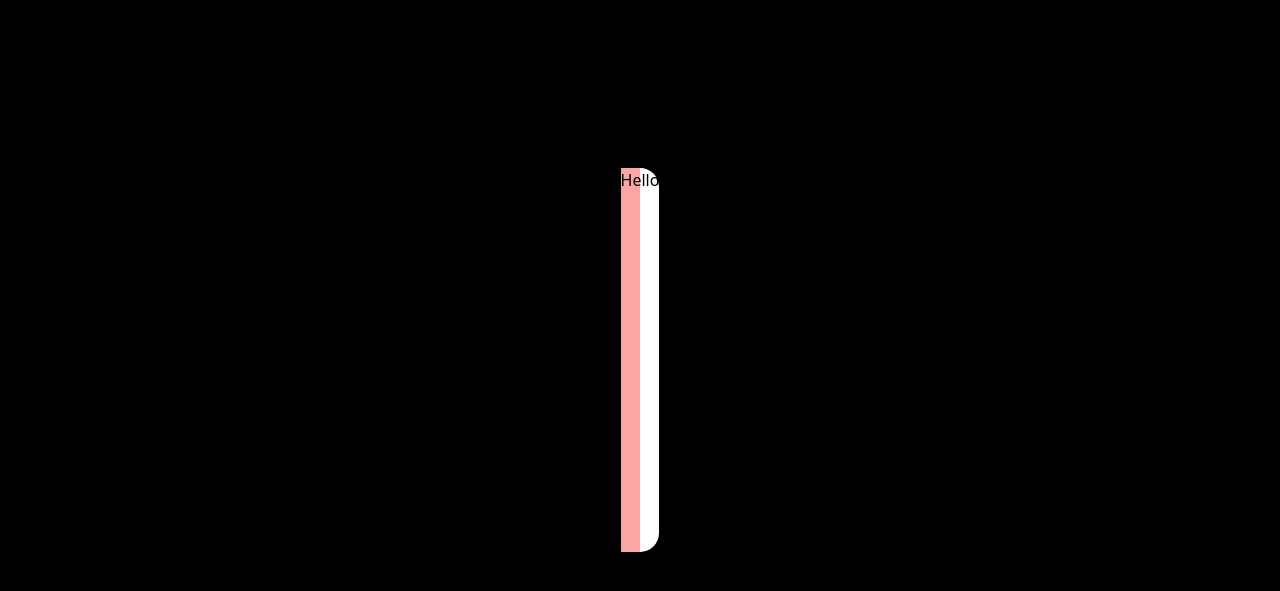
Repository: BerlinWebDev/FrontendMaster_PreviewMentor
Page: /
An editor plug-in stored every save of this project. The page is shown before and after a run of saves, followed by the edit.
The browser window is 1280 px wide. The pictures show the whole page.
The project was rebuilt for these pictures with package versions that can differ from the ones it lists, and the page was loaded fresh each time.

Above is the page before, as saved 2023-11-11 01:13:58.

### src/App.js
function App() {
  return (
    <>
      <header>
        <title>Challenge</title>
        <meta name="description" content="Challenge" />
        <link rel="icon" href="/favicon.ico" />
      </header>
      <main className="flex min-h-screen flex-col items-center justify-center bg-black">
        <div className="flex h-96 w-50 rounded-3xl bg-white">
          <aside className="w-1/2 bg-red-300">Hello</aside>
        </div>
      </main>
    </>
  );
}

export default App;

Loaded but not shown: public/index.html (common file); src/index.js (common file); src/index.css (common file); tailwind.config.js (common file)

After the next 2 saves:
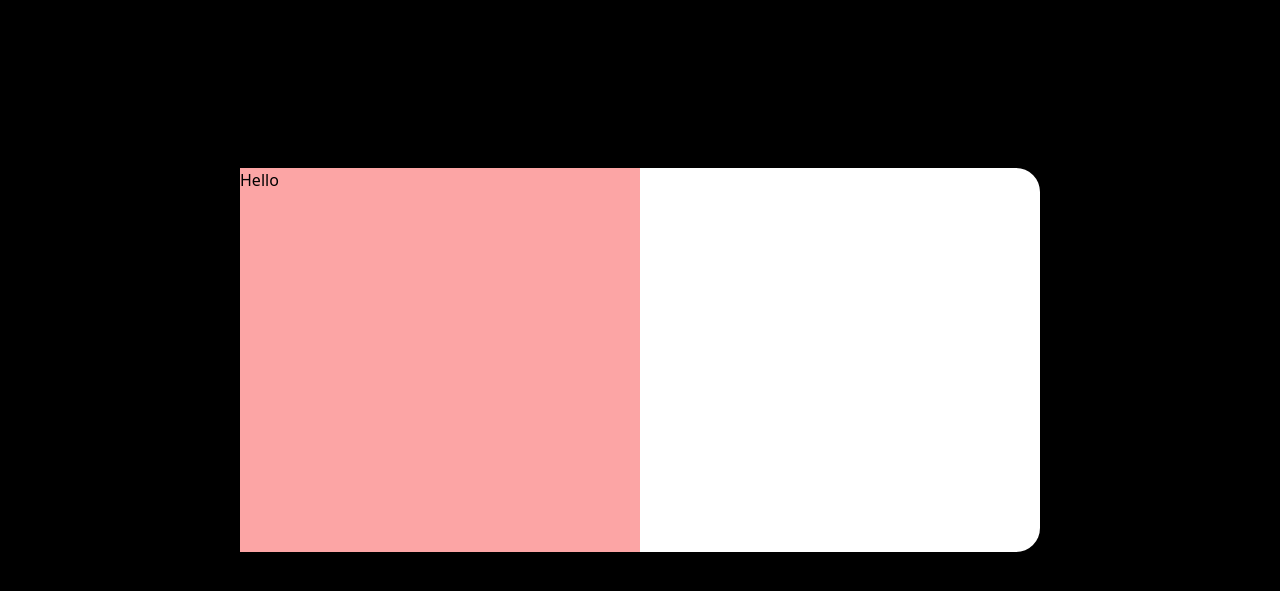
The 2 saves are shown as one change because they came seconds apart.
The last was saved 18 s later.
--- a/src/App.js
+++ b/src/App.js
@@ -7,7 +7,7 @@ function App() {
         <link rel="icon" href="/favicon.ico" />
       </header>
       <main className="flex min-h-screen flex-col items-center justify-center bg-black">
-        <div className="flex h-96 w-50 rounded-3xl bg-white">
+        <div className="flex h-96 w-[800px] rounded-3xl bg-white">
           <aside className="w-1/2 bg-red-300">Hello</aside>
         </div>
       </main>
